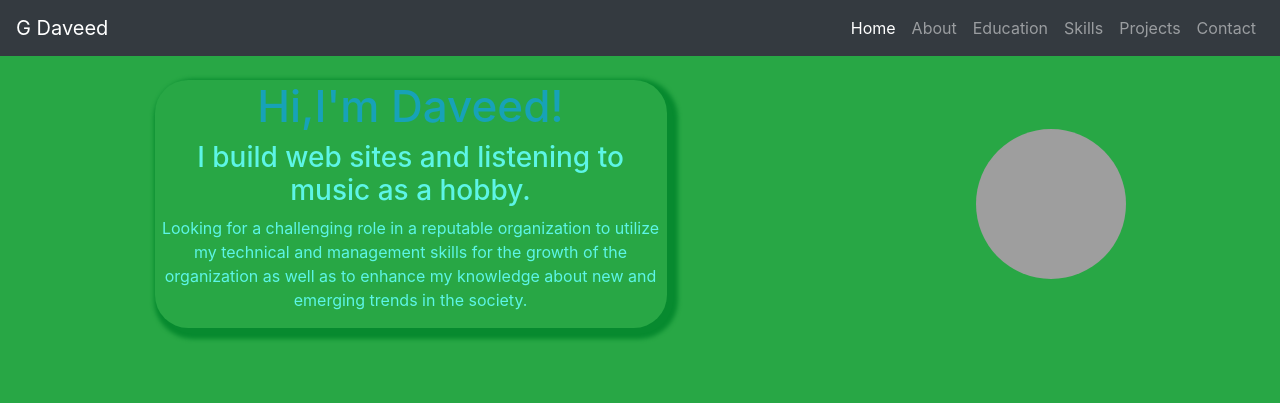
Repository: DaveedGangi/DaveedWebsite
Page: one.html
These files come from the project's save history. The page is drawn as it stood at one moment and after a run of saves; the edit follows.
The browser window is 1280 px wide. The pictures show the whole page.
Pictures or frames that could not be fetched are drawn as grey boxes.

Above is the page before, as saved 2023-10-23 11:55:10.

### one.html
<html>
    <head>
    <link rel="stylesheet" href="two.css"></link>
    <link rel="stylesheet" href="https://cdn.jsdelivr.net/npm/bootstrap@4.5.3/dist/css/bootstrap.min.css" integrity="sha384-TX8t27EcRE3e/ihU7zmQxVncDAy5uIKz4rEkgIXeMed4M0jlfIDPvg6uqKI2xXr2" crossorigin="anonymous">
    <script src="https://code.jquery.com/jquery-3.5.1.slim.min.js" integrity="sha384-DfXdz2htPH0lsSSs5nCTpuj/zy4C+OGpamoFVy38MVBnE+IbbVYUew+OrCXaRkfj" crossorigin="anonymous"></script>
    <script src="https://cdn.jsdelivr.net/npm/bootstrap@4.5.3/dist/js/bootstrap.bundle.min.js" integrity="sha384-ho+j7jyWK8fNQe+A12Hb8AhRq26LrZ/JpcUGGOn+Y7RsweNrtN/tE3MoK7ZeZDyx" crossorigin="anonymous"></script>



</head>

<body>
<div class="bgcontainer bg-success">
    <nav class="navbar navbar-expand-lg navbar-dark bg-dark">
        <a class="navbar-brand" href="#">G Daveed</a>
        <button class="navbar-toggler" type="button" data-toggle="collapse" data-target="#navbarNavAltMarkup" aria-controls="navbarNavAltMarkup" aria-expanded="false" aria-label="Toggle navigation">
          <span class="navbar-toggler-icon"></span>
        </button>
        <div class="collapse navbar-collapse" id="navbarNavAltMarkup">
          <div class="navbar-nav ml-auto">
            <a class="nav-link active" href="#">Home <span class="sr-only">(current)</span></a>

            <a class="nav-link" href="#">About</a>
            <a class="nav-link" href="#">Education</a>
            <a class="nav-link" href="#">Skills</a>
            <a class="nav-link" href="#">Projects</a>
            <a class="nav-link" href="#">Contact</a>

          </div>
        </div>
      </nav>


      <div class="mystory">
        <div class="card1">
        <h1 class="hi text-info">Hi,I'm Daveed!</h1>
        <h3 class="paragraph">I build web sites and listening to music as a hobby.</h3>

        <p>Looking for a challenging role in a reputable organization to utilize my technical and management  skills for the growth of the organization as well as to enhance my knowledge about new and emerging trends in  the society. </p>

      </div>
      <div>
        <img class="image" src="https://i.ibb.co/T4YX7Jh/IMG-20221229-170952.jpg">
      </div>

    </div>





    </div>

</body>
</html>

### two.css
.bgcontainer {
    height:100vh;
    background-size:cover;

}
.mystory{
    color:rgb(93, 245, 230);
    display: flex;
    flex-direction: row;
    padding-top:24px;
    justify-content:space-around;
    align-items: center;

}
.image{
    height:150px;
    width:150px;
    border-radius:100px;
}
.card1{

    width:40vw;
    text-align: center;
    border-radius: 33px;
    display: flex;
    flex-direction: column;
    align-items:center;
    box-shadow:5px 5px 4px 6px rgb(7, 138, 47);
}
.hi{
    font-size:44px;
}
@media (min-width: 768px){
    .card1{
        display: flex;
        flex-direction: column;
    }

}

After the next 2 saves:
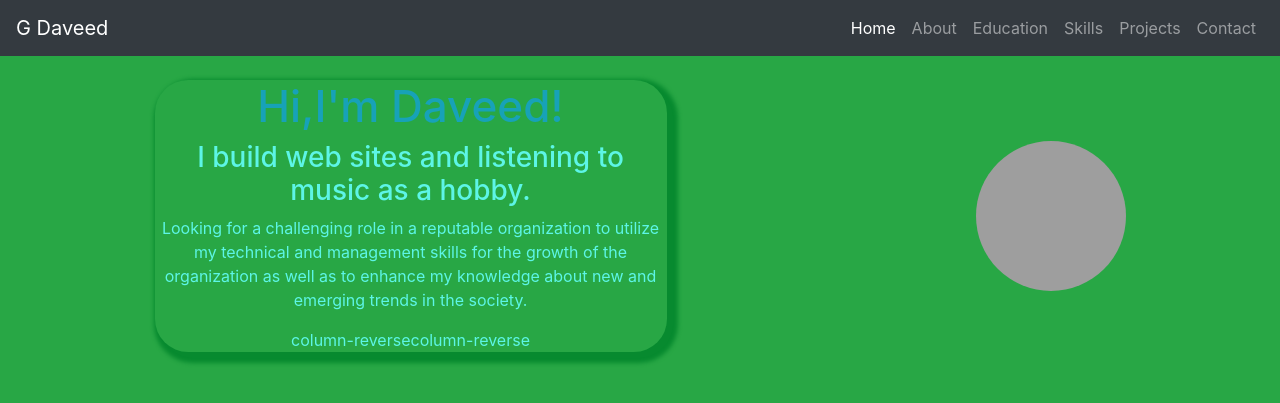
The 2 saves are shown as one change because they came seconds apart.
The last was saved 56 s later.
--- a/one.html
+++ b/one.html
@@ -37,7 +37,7 @@
         <h3 class="paragraph">I build web sites and listening to music as a hobby.</h3>
 
         <p>Looking for a challenging role in a reputable organization to utilize my technical and management  skills for the growth of the organization as well as to enhance my knowledge about new and emerging trends in  the society. </p>
-
+     column-reversecolumn-reverse
       </div>
       <div>
         <img class="image" src="https://i.ibb.co/T4YX7Jh/IMG-20221229-170952.jpg">

After the 2 saves that followed:
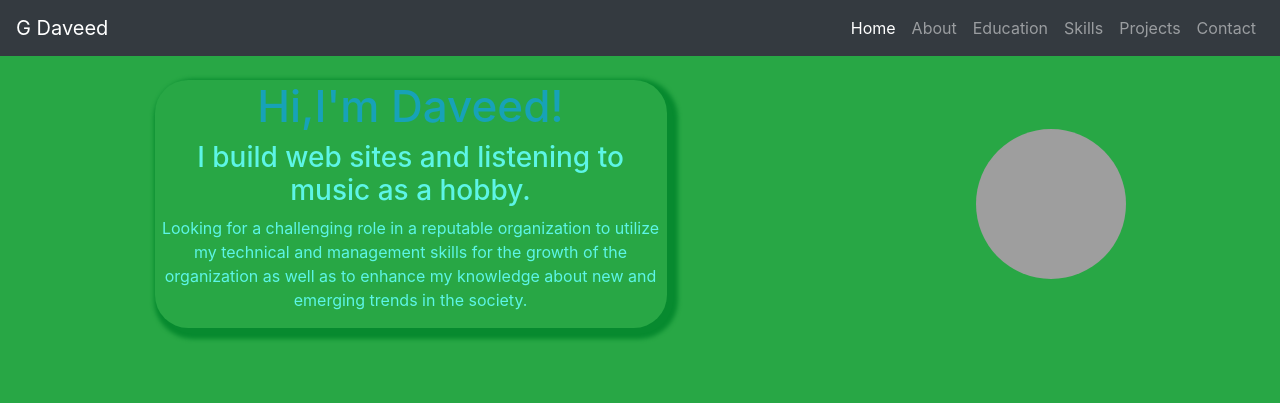
The 2 saves are shown as one change because they came seconds apart.
The last was saved 32 s later.
--- a/one.html
+++ b/one.html
@@ -37,7 +37,7 @@
         <h3 class="paragraph">I build web sites and listening to music as a hobby.</h3>
 
         <p>Looking for a challenging role in a reputable organization to utilize my technical and management  skills for the growth of the organization as well as to enhance my knowledge about new and emerging trends in  the society. </p>
-     column-reversecolumn-reverse
+
       </div>
       <div>
         <img class="image" src="https://i.ibb.co/T4YX7Jh/IMG-20221229-170952.jpg">
